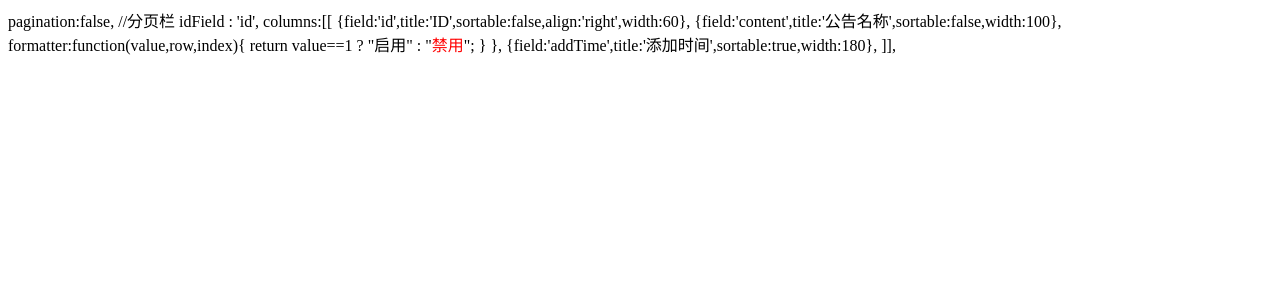
Repository: pridewu/hipi
Page: Education_dev_platform/branches/v1/Application/System/View/v1/Notice/index.html
The author's editor kept a copy of each file at every save. The page is drawn from the files as they stood at one save, then again after the next save.
The browser window is 1280 px wide. The pictures show the whole page.

Above is the page before, as saved 2014-12-03 09:53:10.

After the next save:
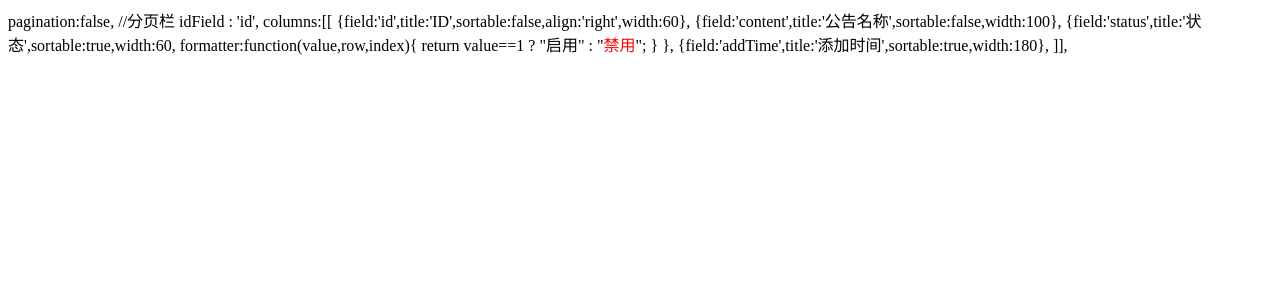
Saved 3 min 17 s later.
--- a/Education_dev_platform/branches/v1/Application/System/View/v1/Notice/index.html
+++ b/Education_dev_platform/branches/v1/Application/System/View/v1/Notice/index.html
@@ -15,8 +15,8 @@
             {field:'sectionIds',title:'课时ID列表',sortable:false,width:100},
             {field:'imgUrl',title:'图片路径',sortable:false,width:120},
             {field:'description',title:'知识点描述',sortable:false,width:200},
-            {field:'sort',title:'排序',sortable:true,width:80},
-            {field:'status',title:'状态',sortable:true,width:60, -->
+            {field:'sort',title:'排序',sortable:true,width:80},-->
+            {field:'status',title:'状态',sortable:true,width:60,
             	formatter:function(value,row,index){
             		return value==1 ? "启用" : "<font color=red>禁用</font>";
             	}
